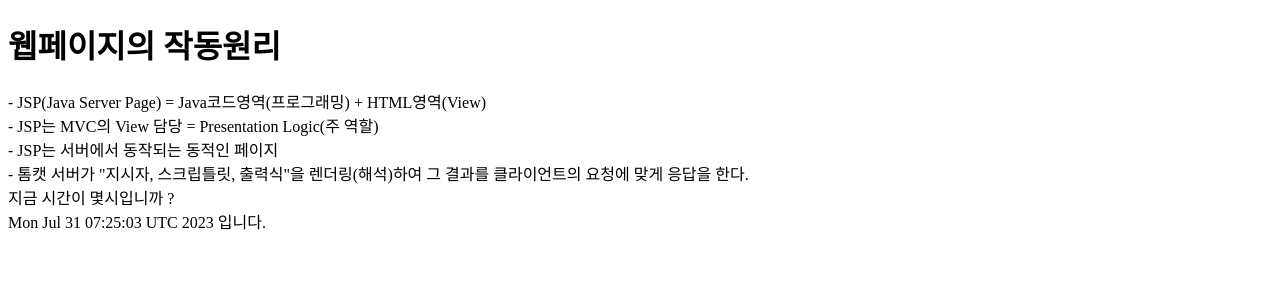
Repository: ainokks071/ServletJSP
Page: http://localhost/WEB/time.jsp
These files come from the project's save history. The page is drawn as it stood at one moment and after the next save; the edit follows.
The browser window is 1280 px wide. The pictures show the whole page.
The page is served by Tomcat 9.

Above is the page before, as saved 2023-08-01 08:15:38.

After the next save:
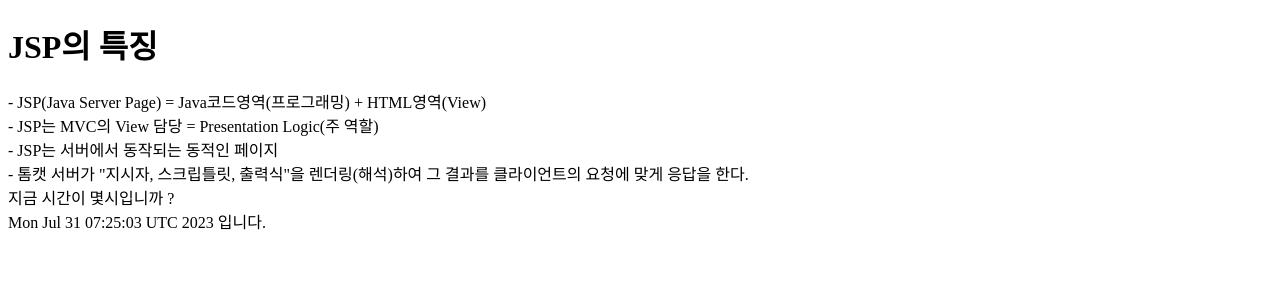
Saved 6 s later.
--- a/WEB/webapp/time.jsp
+++ b/WEB/webapp/time.jsp
@@ -16,7 +16,7 @@
 </head>
 
 <body>
-<h1>웹페이지의 작동원리</h1>
+<h1>JSP의 특징</h1>
 - JSP(Java Server Page) = Java코드영역(프로그래밍) + HTML영역(View) <br>
 - JSP는 MVC의 View 담당 = Presentation Logic(주 역할)<br>
 - JSP는 서버에서 동작되는 동적인 페이지<br>
